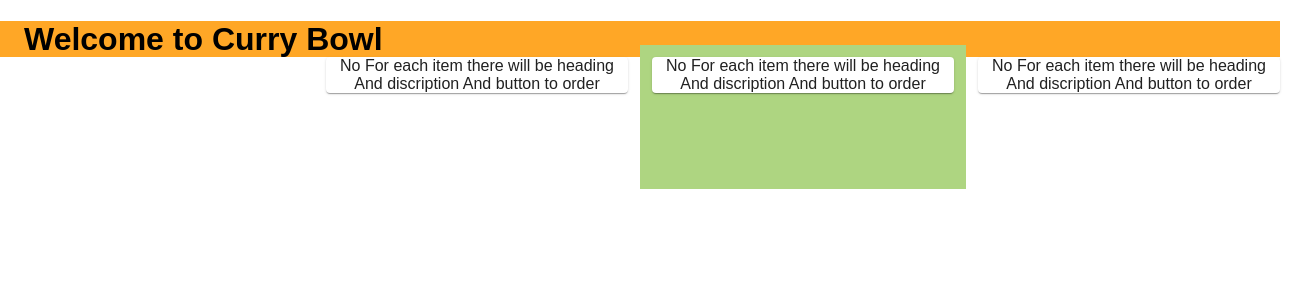
Repository: appikonda/food-order
Page: /
An editor plug-in stored every save of this project. The page is shown before and after the next save, followed by the edit.
The browser window is 1280 px wide. The page is 1292 px wide, so the pictures cover 1292 px, including what lies to the right of the window. The pictures show the whole page.
The project was rebuilt for these pictures with package versions that can differ from the ones it lists, and the page was loaded fresh each time. Also part of the build but not shown: webpack.config.js, src/App.css.

Above is the page before, as saved 2019-08-15 16:30:19.

After the next save:
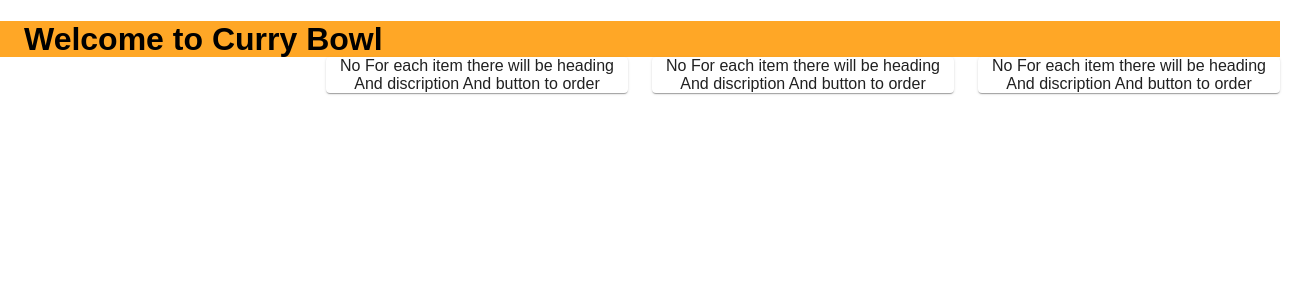
Saved 14 s later.
--- a/src/OrderFood.jsx
+++ b/src/OrderFood.jsx
@@ -52,7 +52,7 @@ renderGridOptions(){
   And discription
   And button to order</Paper>
         </Grid>
-        <Grid item xs={6} sm={3}  style={{ backgroundColor: '#aed581', height: '20vh' }}>
+        <Grid item xs={6} sm={3} >
           <Paper style={{  textAlign: 'center',  color: '#212121'  }}>
         No
   For each item there will be heading
